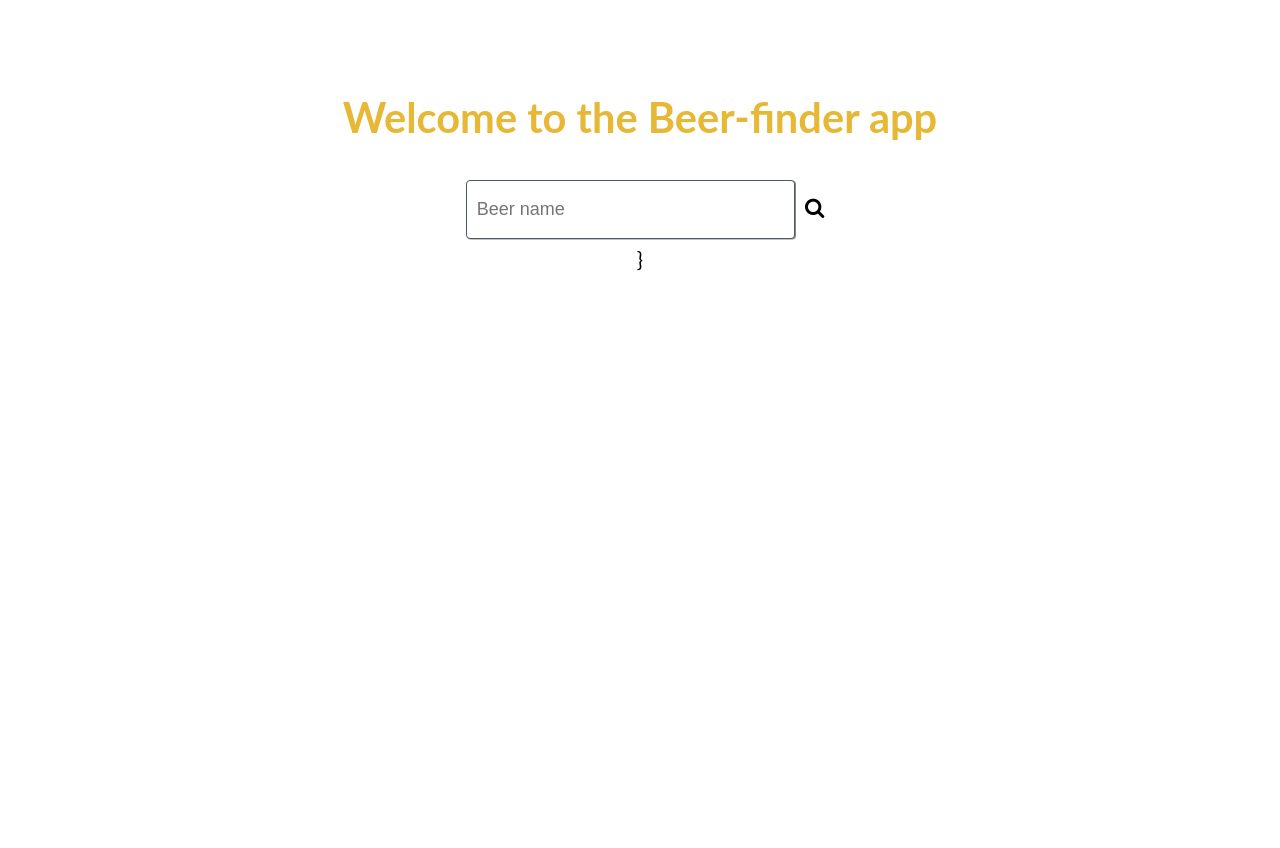
Repository: marcinszymaszek/beer-finder
Page: /
The author's editor kept a copy of each file at every save. The page is drawn from the files as they stood at one save, then again after the next save.
The browser window is 1280 px wide. The pictures show the whole page.
The project was rebuilt for these pictures with package versions that can differ from the ones it lists, and the page was loaded fresh each time.

Above is the page before, as saved 2020-05-13 23:52:58.

### public/index.html
<!DOCTYPE html>
<html lang="en">
  <head>
    <meta charset="utf-8" />
    <link rel="icon" href="%PUBLIC_URL%/favicon.ico" />
    <link rel="stylesheet" href="https://stackpath.bootstrapcdn.com/font-awesome/4.7.0/css/font-awesome.min.css">
    <meta name="viewport" content="width=device-width, initial-scale=1" />
    <meta name="theme-color" content="#000000" />
    <meta
      name="description"
      content="Web site created using create-react-app"
    />
    <link rel="apple-touch-icon" href="%PUBLIC_URL%/logo192.png" />
    <!--
      manifest.json provides metadata used when your web app is installed on a
      user's mobile device or desktop. See https://developers.google.com/web/fundamentals/web-app-manifest/
    -->
    <link rel="manifest" href="%PUBLIC_URL%/manifest.json" />
    <!--
      Notice the use of %PUBLIC_URL% in the tags above.
      It will be replaced with the URL of the `public` folder during the build.
      Only files inside the `public` folder can be referenced from the HTML.

      Unlike "/favicon.ico" or "favicon.ico", "%PUBLIC_URL%/favicon.ico" will
      work correctly both with client-side routing and a non-root public URL.
      Learn how to configure a non-root public URL by running `npm run build`.
    -->
    <title>Beer-finder App</title>
  </head>
  <body>
    <noscript>You need to enable JavaScript to run this app.</noscript>
    <div id="root"></div>
    <!--
      This HTML file is a template.
      If you open it directly in the browser, you will see an empty page.

      You can add webfonts, meta tags, or analytics to this file.
      The build step will place the bundled scripts into the <body> tag.

      To begin the development, run `npm start` or `yarn start`.
      To create a production bundle, use `npm run build` or `yarn build`.
    -->
  </body>
</html>

### src/index.js
import React from 'react';
import ReactDOM from 'react-dom';
import './index.css';
import App from './components/main/App';
import * as serviceWorker from './serviceWorker';

ReactDOM.render(
  <React.StrictMode>
    <App />
  </React.StrictMode>,
  document.getElementById('root')
);

// If you want your app to work offline and load faster, you can change
// unregister() to register() below. Note this comes with some pitfalls.
// Learn more about service workers: https://bit.ly/CRA-PWA
serviceWorker.unregister();

### src/components/main/App.js
import React, { useState, useEffect } from 'react';
import './App.css';
import Search from '../search/Search'


const App = () => {

  return (
    <div className="main-container">
      <Search />
    </div>
  );
}

export default App;

### src/components/main/App.css
.main-container {
  font-family: Lato, sans-serif;
  font-size: 1.5em;
  height: 100vh;
  line-height: 20px;
  font-size: 1.3rem;
  text-align: center;
  margin: 5% 20%;
}

.app-title{
  line-height: normal;
}

@media (max-width: 790px)  {
  .main-container  {
    font-size: 1.2em;
  }
}

@media (max-width: 580px)  {
  .main-container  {
    height: auto;
    margin-bottom: 20%;
    margin-left: 15%;
    margin-right: 15%;
  }
}

### src/components/search/Search.js
import React, { useState, useEffect } from 'react';
import './Search.css';
import axios from 'axios';

const Search = () => {

    const [query, setQuery] = useState('');
    const [results, setResults] = useState({});
    const [loading, setLoading] = useState(false);
    const [message, setMessage] = useState('');


    return (
        <div className="inline-container">
            <h1 className="app-title">Welcome to the Beer-finder app</h1>
            <div className="input-container">
                <label className="search-label" htmlFor="search-input">
                    <input
                        id="search-input"
                        type="text"
                        placeholder="Beer name"
                        value=""
                    />
                    <i className="fa fa-search search-icon" />
                </label>
            </div>

            }
        </div>
    )
}

export default Search;

### src/components/search/Search.css
.inline-container {
    flex-flow: wrap;
    align-content: center;
    align-items: stretch;
    justify-content: space-around;
}

h1{
    color: #e7b835;
  }

input {
    width: 40%;
    margin: 10px;
    padding: 18px 10px;
    border-radius: 4px;
    border: 1px solid #4e5766;
    box-shadow: 1px 0.5px #888888;
    font-size: 18px;
}

.input-container {
    width: 100%;
}

    button {
        padding: 12px 10px;
        width: 15%;
        border-radius: 4px;
        background-color: #e7b835;
        cursor: pointer;
        font-size: 18px;
        font-weight: 600;
    }

    button:hover {
        background-color: #e7bf50;
    }


@media (max-width: 790px)  {

    button {
        width: 40%;
    }

    input {
        width: 80%;
    }

    .inline-container {
        justify-content: space-evenly;
    }
}

@media (max-width: 580px)  {
    input {
        width: 100%;
        margin: 20px 0px;
        padding: 18px 10px;
    }

    button {
        width: 100%;
    }
  }

Loaded but not shown: src/index.css (common file); src/serviceWorker.js (common file)

After the next save:
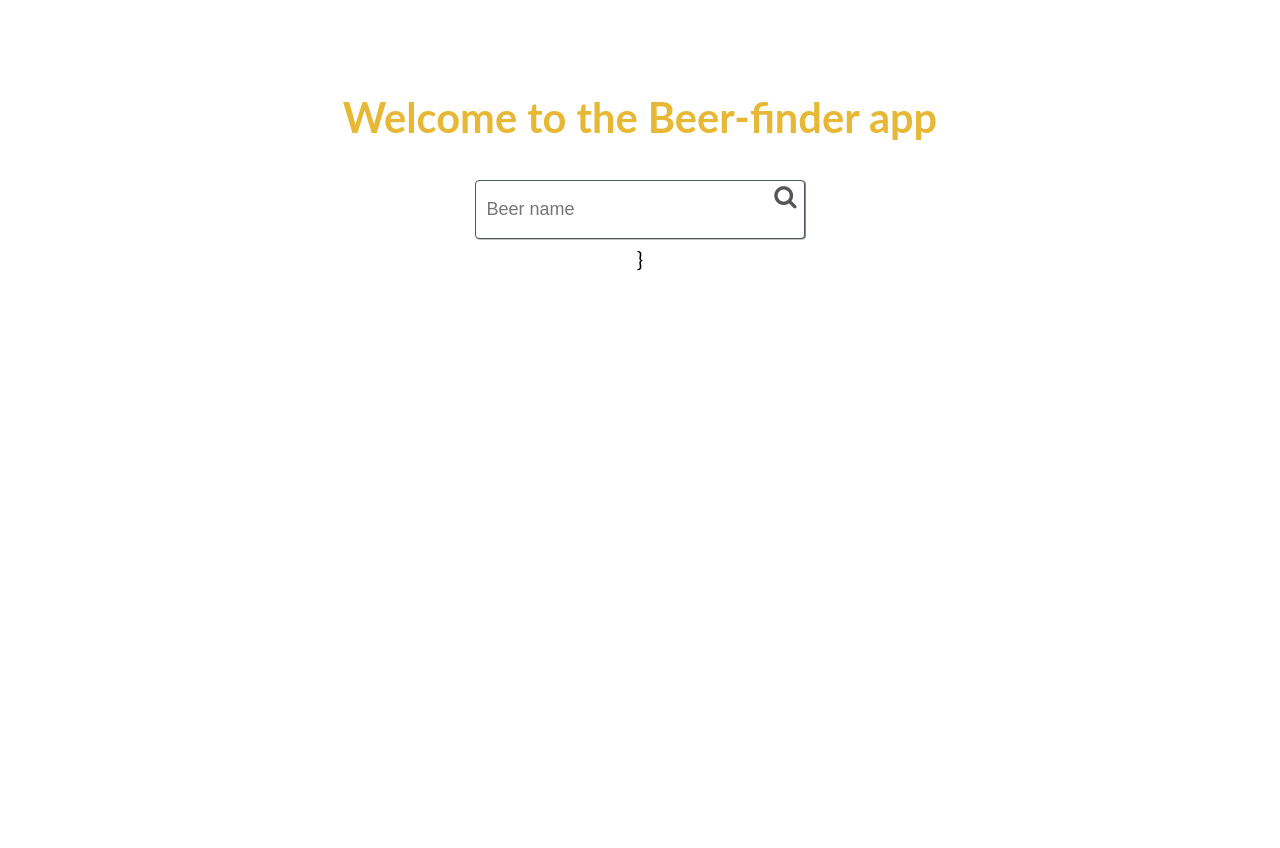
Saved 91 s later.
--- a/src/components/search/Search.css
+++ b/src/components/search/Search.css
@@ -21,6 +21,18 @@ input {
 
 .input-container {
     width: 100%;
+}
+
+.search-label {
+	position: relative;
+}
+
+.search-icon {
+	position: absolute;
+	top: -10px;
+	font-size: 24px;
+	color: #555;
+	right: 18px;
 }
 
     button {
